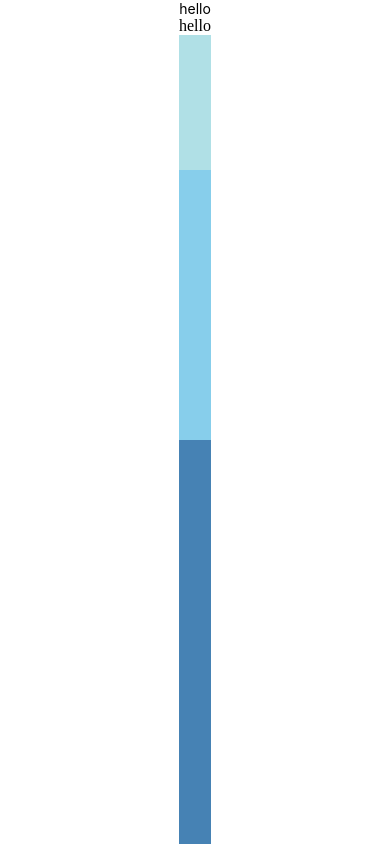
Repository: wcc17/project-adara
Screen: / (app in ProjectAdara/)
An editor plug-in stored every save of this project. The screen is shown before and after the next save, followed by the edit.
The app was drawn by React Native's web renderer in a window 390 px wide. The project was rebuilt for these pictures with package versions that can differ from the ones it lists, and the page was loaded fresh each time.

Above is the screen before, as saved 2018-05-27 12:49:21.

### ProjectAdara/App.js
import React, { Component } from 'react';
import { StyleSheet, Text, View, Image } from 'react-native';
import FlexDimensionsBasicsComponent from './src/components/FlexDimensionsBasicsComponent'

export default class App extends React.Component {
    render() {
        let image = {
            uri: 'https://upload.wikimedia.org/wikipedia/commons/d/de/Bananavarieties.jpg'
        };

        return (
            <View style={styles.container}>
                <Text>hello</Text>
                {/* <Image source={image} style={{ width: 193, height: 110 }} />
                <DumbGreetingComponent name='William' />
                <DumbGreetingComponent name='William' />
                <DumbGreetingComponent name='William' />
                <DumbGreetingComponent name='William' />
                <DumbGreetingComponent name='hello' />
                <DumbGreetingComponent name='William' />
                <DumbGreetingComponent name='William' />
                <Blink text="this is blinking text" />
                <StyledComponent/>
                <FixedDimensionsComponent/> */}

                <FlexDimensionsBasicsComponent/>
            </View>
        );
    }
}

class DumbGreetingComponent extends Component {
    render() {
        return (
            <Text>Hello {this.props.name}!</Text>
        );
    }
}

class Blink extends Component {
    constructor(props) {
        super(props);
        this.state = { isShowingText: true };

        // Toggle the state every second
        setInterval(() => {
            this.setState(previousState => {
                return { isShowingText: !previousState.isShowingText };
            });
        }, 1000);
    }

    render() {
        let display = this.state.isShowingText ? this.props.text : ' ';
        return (
            <Text>{display}</Text>
        );
    }
}

class StyledComponent extends Component {
    render() {
        return (
        <View>
            <Text style={styles.red}>just red</Text>
            <Text style={styles.bigblue}>just bigblue</Text>
            <Text style={[styles.bigblue, styles.red]}>bigblue, then red</Text>
            <Text style={[styles.red, styles.bigblue]}>red, then bigblue</Text>
        </View>
        );
    }
}

class FixedDimensionsComponent extends Component {
    render() {
        return (
            <View>
                <View style={{width: 50, height: 50, backgroundColor: 'powderblue'}}/>
                <View style={{width: 100, height: 100, backgroundColor: 'skyblue'}}/>
                <View style={fixedDimensionStyleSheet.steelBlueView}/>
            </View>
        )
    }
}



const styles = StyleSheet.create({
    container: {
        flex: 1,
        backgroundColor: '#fff',
        alignItems: 'center',
        justifyContent: 'center',
    },
    bigblue: {
        color: 'blue',
        fontWeight: 'bold',
        fontSize: 30,
    },
    red: {
        color: 'red',
    },
});

const fixedDimensionStyleSheet = StyleSheet.create({
    steelBlueView: {
        width: 150,
        height: 150,
        backgroundColor: 'steelblue'
    },
});

### ProjectAdara/src/components/FlexDimensionsBasicsComponent.js
import React, { Component } from 'react';
import { View } from 'react-native';

export default class FlexDimensionsBasics extends Component {
    render() {
        return (
            // try removing the 'flex: 1' on the parent View.
            // the parent will not have dimensions, so the children can't expand.
            // what if you add 'height: 300' instead of 'flex: 1'?
            <View style={{flex: 1}}>
                hello
                <View style={{flex: 1, backgroundColor: 'powderblue'}} />
                <View style={{flex: 2, backgroundColor: 'skyblue'}} />
                <View style={{flex: 3, backgroundColor: 'steelblue'}} />
            </View>
        );
    }
}

After the next save:
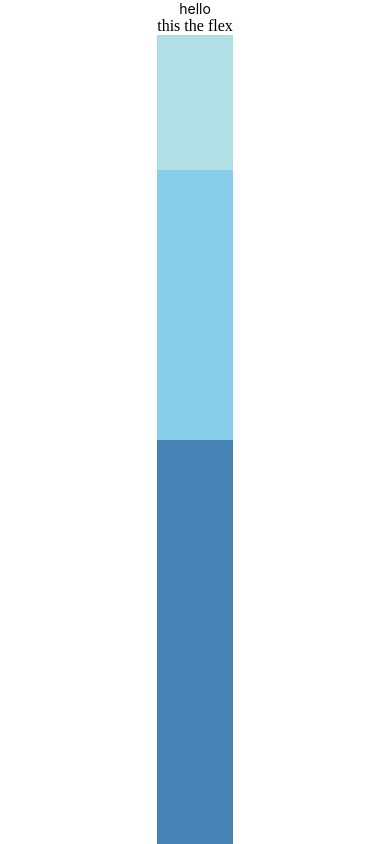
Saved 5 s later.
--- a/ProjectAdara/src/components/FlexDimensionsBasicsComponent.js
+++ b/ProjectAdara/src/components/FlexDimensionsBasicsComponent.js
@@ -8,7 +8,7 @@ export default class FlexDimensionsBasics extends Component {
             // the parent will not have dimensions, so the children can't expand.
             // what if you add 'height: 300' instead of 'flex: 1'?
             <View style={{flex: 1}}>
-                hello
+                this the flex
                 <View style={{flex: 1, backgroundColor: 'powderblue'}} />
                 <View style={{flex: 2, backgroundColor: 'skyblue'}} />
                 <View style={{flex: 3, backgroundColor: 'steelblue'}} />
